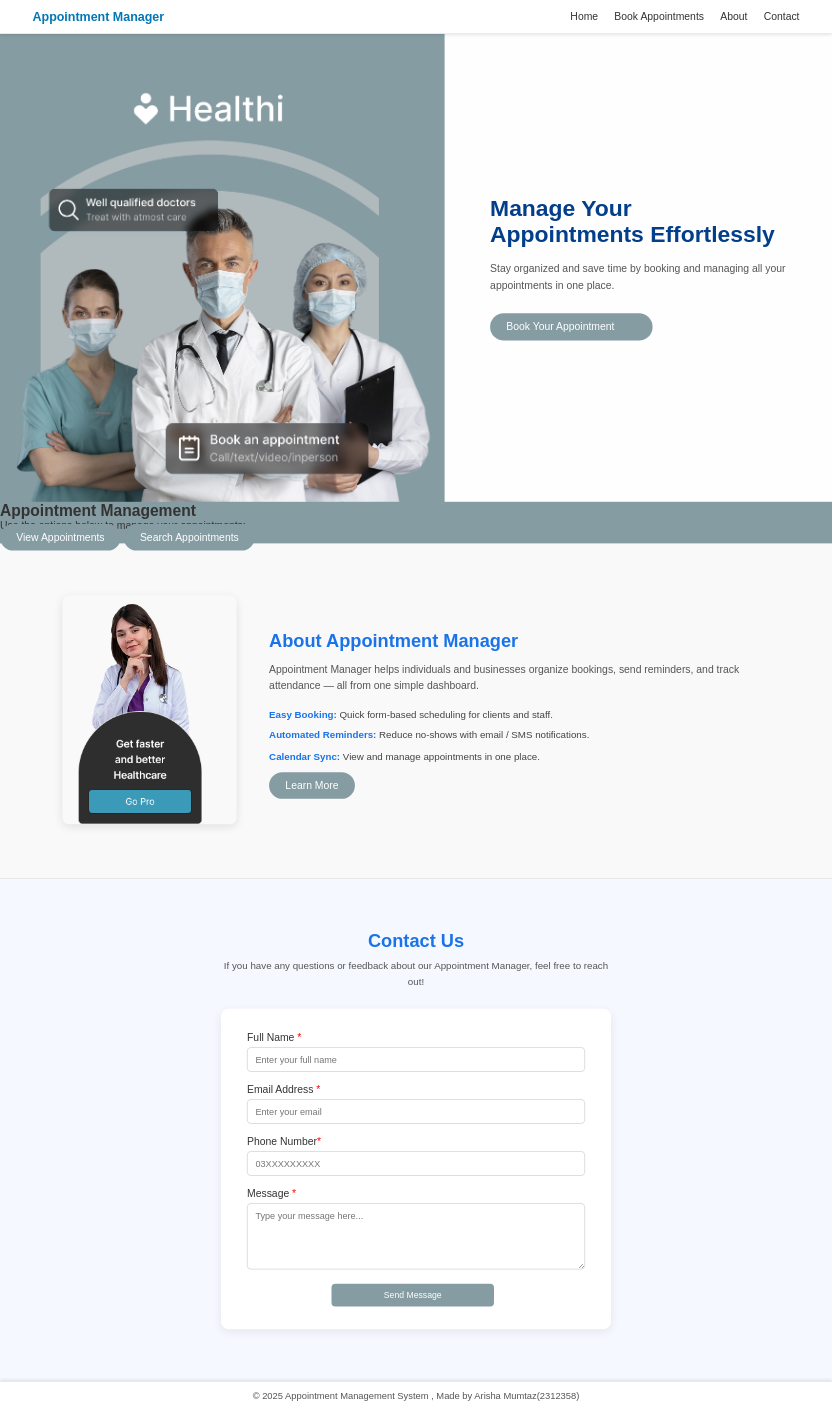
Repository: Arisha004/Hospital-Appointment-Management-System
Page: landingpage.html
An editor plug-in stored every save of this project. The page is shown before and after the next save, followed by the edit.
The browser window is 1280 px wide. The pictures show the whole page, at 65% of full size.

Above is the page before, as saved 2025-10-24 15:32:58.

After the next save:
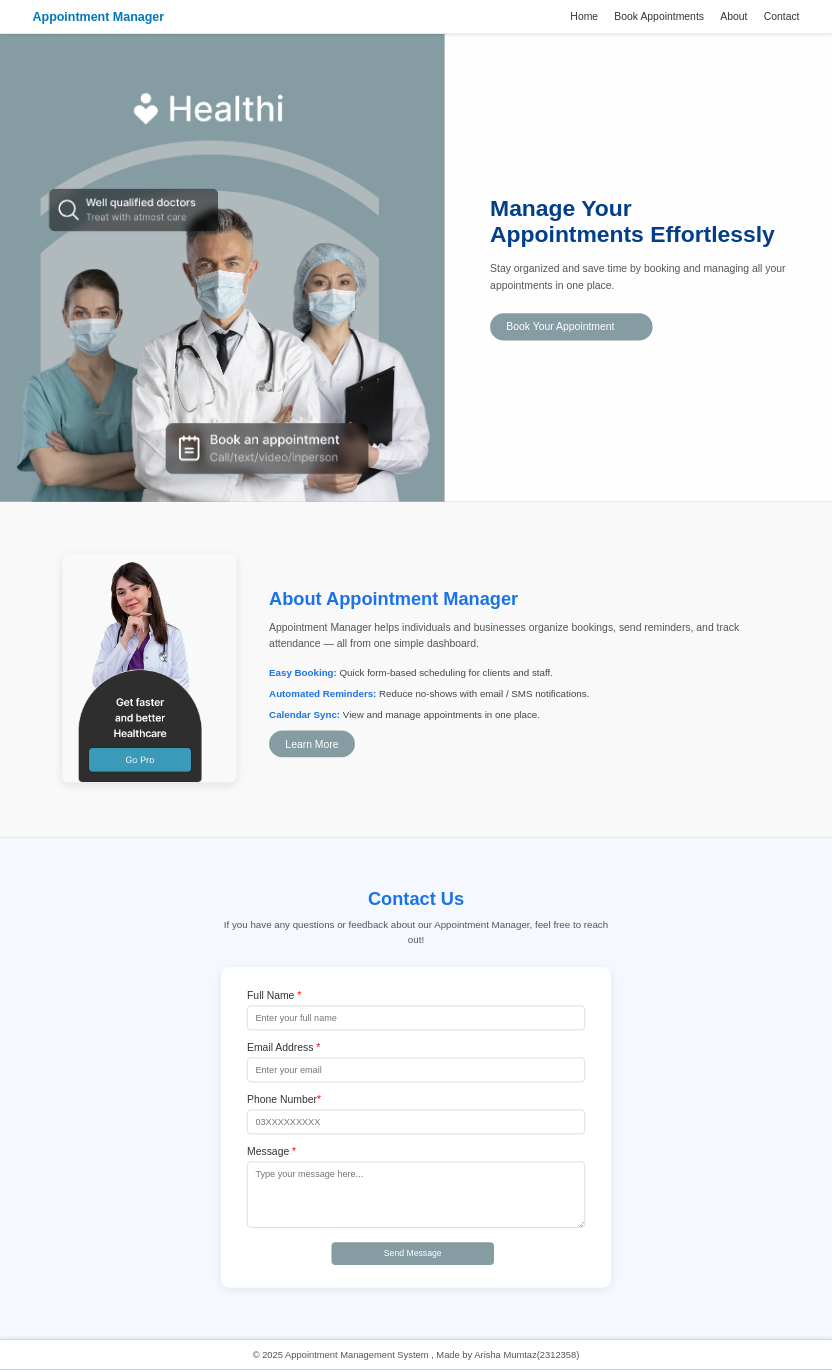
Saved 9 s later.
--- a/landingpage.html
+++ b/landingpage.html
@@ -31,16 +31,6 @@
   </section>
   </section>
 
-  <section>
-    <div class="crudoperations">
-      <h2>Appointment Management</h2>
-      <p>Use the options below to manage your appointments:</p>
-      <div class="buttons">
-        <a href="list.php" class="btn">View Appointments</a>
-        <a href="searching.php" class="btn">Search Appointments</a>
-      </div>
-    </div>
-  </section>
 
   <section id="about" class="about">
     <div class="container about-inner">
